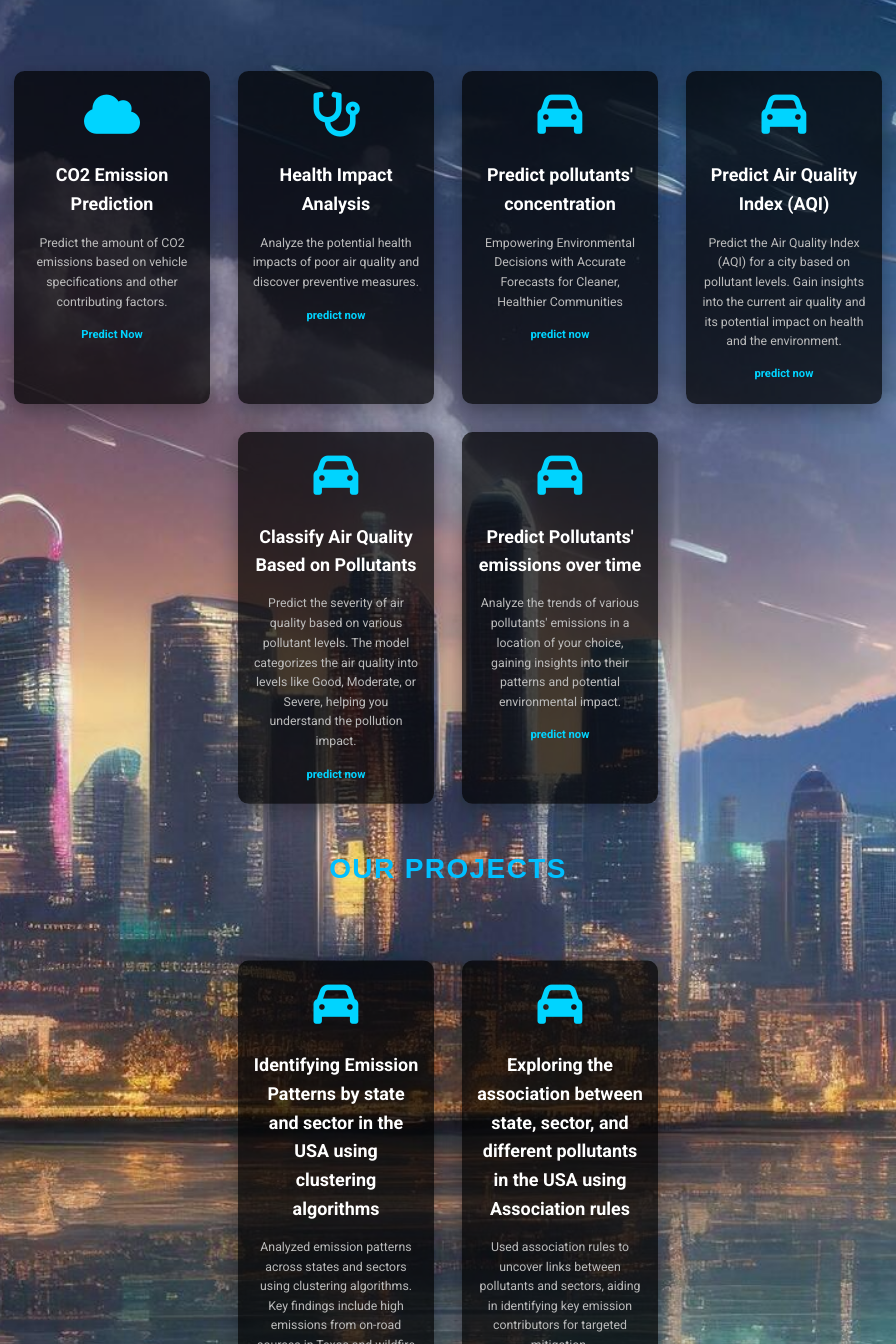
Repository: aminemnif/air-quality
Page: home/templates/home/index.html
These files come from the project's save history. The page is drawn as it stood at one moment and after the next save; the edit follows.
The browser window is 1280 px wide. The pictures show the part of the page from y = 846 to 2766 px (the page is 3485 px tall before and 3486 px after), at 70% of full size.
The template is drawn by Django 5.2. The application's start-up code is not run. The template is opened directly, without the code that normally fills it, so the values that code supplies are empty.

Above is the page before, as saved 2025-01-11 20:45:40.

After the next save:
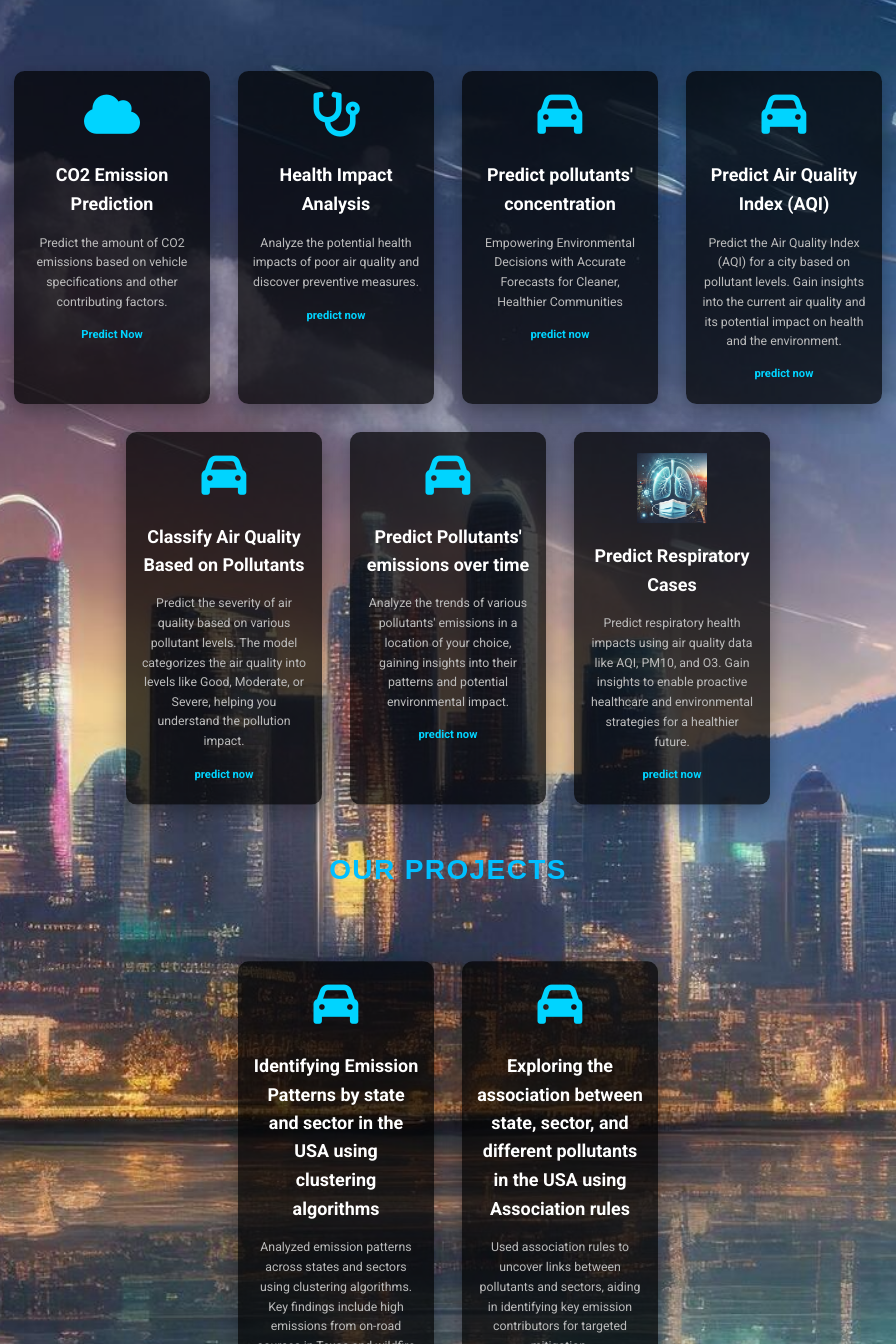
Saved 87 s later.
--- a/home/templates/home/index.html
+++ b/home/templates/home/index.html
@@ -281,6 +281,18 @@
             <p>Analyze the trends of various pollutants' emissions in a location of your choice, gaining insights into their patterns and potential environmental impact.</p>
             <a href="{% url 'prediction_form' %}">predict now</a>
         </div>
+
+        <div class="section-card animate__animated animate__fadeInRight">
+            <img src="{% static 'RS.webp' %}" alt="" style="width: 100px; height: auto;">
+
+
+            <h3>Predict Respiratory Cases</h3>
+            <p>
+                Predict respiratory health impacts using air quality data like AQI, PM10, and O3.
+                Gain insights to enable proactive healthcare and environmental strategies for a healthier future.
+            </p>
+            <a href="{% url 'predict_RS' %}">predict now</a>
+        </div>
     </div>
 
     <div style="text-align: center; margin-top: 40px; margin-bottom: 20px;">
